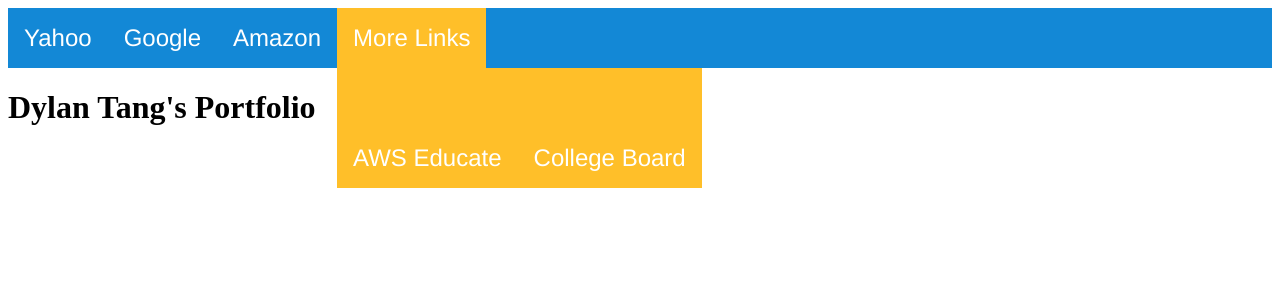
Repository: TangDylan/TangDylan.github.io
Page: index.html
The author's editor kept a record of every edit. The page is drawn from the files as they stood at one moment, then again after the next edit.
The browser window is 1280 px wide. The pictures show the whole page.
The pointer rests on the first visible `.dropdown`.

Above is the page before.

### index.html
<!DOCTYPE html>
<html>
  <head>

    <title>Dylan Tang's Portfolio</title>

    <style>
     .navbar{
        background-color:#1388d6;
        width: 100%;
        height: 60px;
      }

     .navbar a {
        color: white;
        font-size: 24px;
        font-family:helvetica;
        text-decoration: none;
        padding:16px;
        float:left;
      }

      .morelinks {
        color: white;
        font-size: 24px;
        font-family:helvetica;
        text-decoration: none;
        padding:16px;
      }

     .navbar a:hover, .morelinks:hover{
        background-color: #77d5f2;
      }

     .dropdown:hover .dropdown-content{
        display:block;
        padding-top:60px;
        background-color:#ffbf29;
      }

     .dropdown-content{
        position: absolute;
        z-index:1;
        display:none;
      }
     .dropdown {
         background-color:#ffbf29;
         color:white;
         float:left;
         text-decoration:none;
         font-size:24px;
     }


    </style>

  </head>
  <body>
    <div class="navbar">
      <a href="https://www.yahoo.com">Yahoo</a>
      <a href="https://www.google.com">Google</a>
      <a href="https://www.amazon.com/">Amazon</a>
      <div class="dropdown">
        <div class="morelinks">More Links</div>
        <div class="dropdown-content">
          <a href="https://www.awseducate.com">AWS Educate</a>
          <a href="https://www.collegeboard.org">College Board</a>
        </div>
      </div>

    </div>
    <h1>Dylan Tang's Portfolio</h1>
  </body>
</html>

After the next edit:
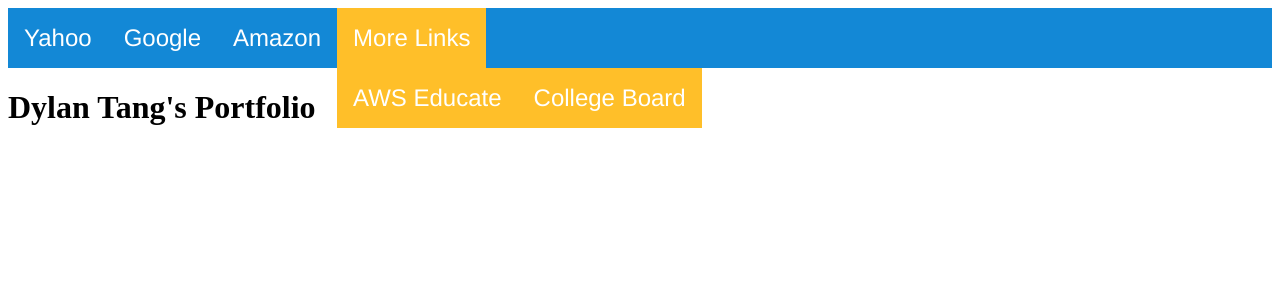
The edit:
--- a/index.html
+++ b/index.html
@@ -34,7 +34,6 @@
 
      .dropdown:hover .dropdown-content{
         display:block;
-        padding-top:60px;
         background-color:#ffbf29;
       }
 
